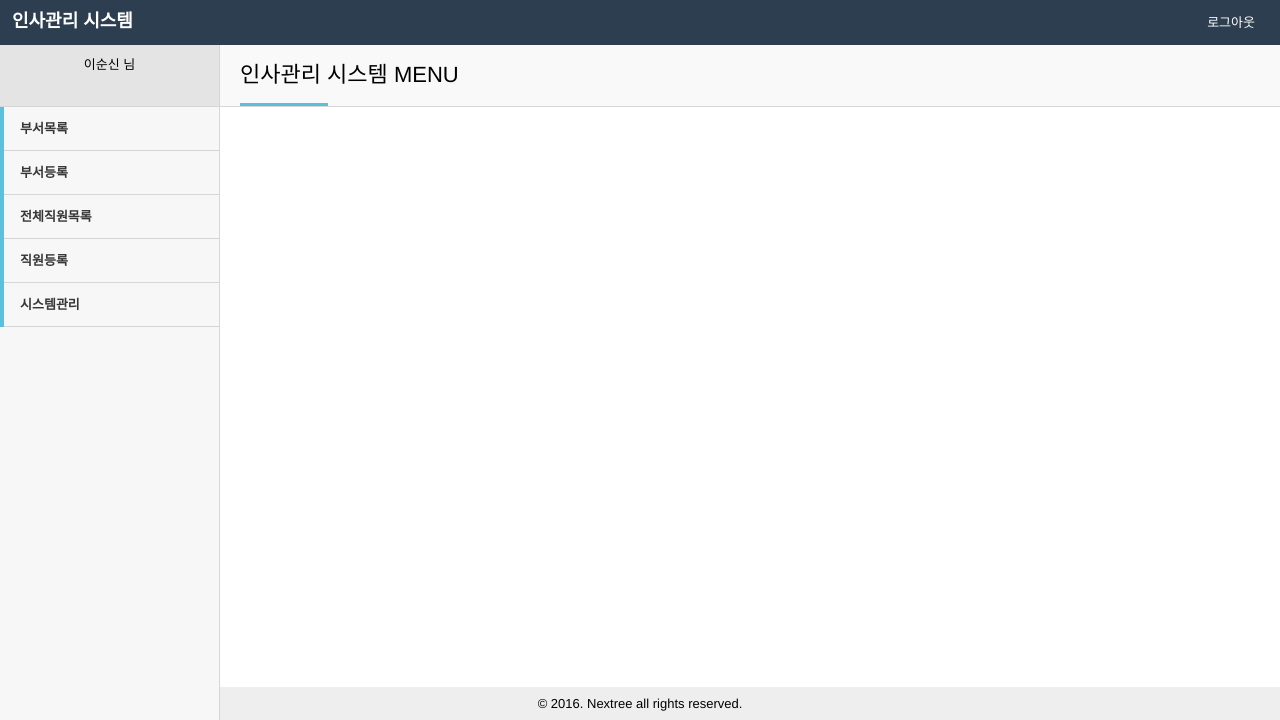
Repository: brotherdoor/shiba
Page: http://localhost/HumanResource_templete/views/menu.jsp
An editor plug-in stored every save of this project. The page is shown before and after the next save, followed by the edit.
The browser window is 1280 px wide. The pictures show the whole page.
The page is served by Tomcat 9. Other server files are loaded and not shown.

Above is the page before, as saved 2017-02-27 01:18:06.

### jsp/HumanResource_templete/WebContent/views/menu.jsp
<%@ page language="java" contentType="text/html; charset=UTF-8"
    pageEncoding="UTF-8"%>
<%@ taglib prefix="c" uri="http://java.sun.com/jsp/jstl/core" %>
<!DOCTYPE html>
<c:set var="ctx">${pageContext.request.contextPath }</c:set>
<html>
<head>
    <meta charset="UTF-8">
    <title>인사관리 시스템</title>
    <link rel="stylesheet" href="style/css/reset.css">
    <link rel="stylesheet" href="style/css/style.css">
</head>
<body>
<header>
    <h1>
        <a href="deptList.html">인사관리 시스템</a>
    </h1>
    <ul class="login-info">
        <li class="logout-btn"><a href="#">로그아웃</a></li>
    </ul>
</header>
<nav>
    <ul>
        <li class="user-info">
            이순신 님
        </li>
        <li>
            <a href="deptList.html">부서목록</a>
        </li>
        <li>
            <a href="deptCreate.html">부서등록</a>
        </li>
        <li>
            <a href="employeeList.html">전체직원목록</a>
        </li>
        <li>
            <a href="employeeCreate.html">직원등록</a>
        </li>
        <li>
            <a href="#">시스템관리</a>
        </li>
    </ul>
</nav>
<div class="contents-wrap">
    <h2 class="page-title"> 인사관리 시스템 MENU </h2>

</div>
<footer>
    <p>    &#169; 2016. Nextree all rights reserved.</p>
</footer>
</body>
</html>

### jsp/HumanResource_templete/WebContent/style/css/reset.css
/* public reset */

html,
body,
div,
span,
applet,
object,
iframe,
h1,
h2,
h3,
h4,
h5,
h6,
p,
blockquote,
pre,
a,
abbr,
acronym,
address,
big,
cite,
code,
del,
dfn,
em,
img,
ins,
kbd,
q,
s,
samp,
small,
strike,
strong,
sub,
sup,
tt,
var,
b,
u,
i,
center,
dl,
dt,
dd,
ol,
ul,
li,
fieldset,
form,
label,
legend,
table,
caption,
tbody,
tfoot,
thead,
tr,
th,
td,
article,
aside,
canvas,
details,
embed,
figure,
figcaption,
footer,
header,
menu,
nav,
output,
ruby,
section,
summary,
time,
mark,
audio,
video {
    margin: 0;
    padding: 0;
    border: 0;
    font-size: 100%;
    font: inherit;
    vertical-align: baseline;
}

/* HTML5 display-role reset for older browsers */
article,
aside,
details,
figcaption,
figure,
footer,
header,
menu,
nav,
section {
    display: block;
}

body {
    font-family: "Malgun gothic",dotum,"Helvetica Neue",Helvetica,sans-serif,arial;
    line-height: 1;
    font-size:13px;
}

ol,
ul {
    list-style: none;
}

blockquote,
q {
    quotes: none;
}

blockquote:before,
blockquote:after,
q:before,
q:after {
    content: '';
    content: none;
}

table {
    border-collapse: collapse;
    border-spacing: 0;
}

.clearFix:after {
    content: "";
    display: block;
    width: 0;
    height: 0;
    clear: both;
}

.hidden {
    width: 0;
    height: 0;
    overflow: hidden;
    font-size: 0;
}

.blind {
    display: none !important;
}

.inline {
    display: inline !important;
}

.block {
    display: block !important;
}

.left {
    text-align: left;
}

.right {
    text-align: right;
}

.center {
    text-align: center;
}


ins {
    text-decoration: none;
}

del {
    text-decoration: line-through;
}

.blind,
table caption,
legend {
    width: 1px;
    height: 1px;
    overflow: hidden;
    position: absolute;
    top: 0;
    font-size: 0;
    line-height: 0;
}

.left,
.l {
    text-align: left !important;;
}

.right,
.r {
    text-align: right !important;;
}

.center,
.c {
    text-align: center !important;
}

*,
*:after,
*:before {
    -webkit-box-sizing: border-box;
    -moz-box-sizing: border-box;
    box-sizing: border-box;
}
a {
    color: #249dd5;
    text-decoration: none;
}

a:hover {
    color: #000;
}

### jsp/HumanResource_templete/WebContent/style/css/style.css
body {
    font-family: "Malgun gothic", dotum, "Helvetica Neue", Helvetica, sans-serif, arial;
}

header {
    width: 100%;
    height: 45px;
    background: #2c3e50;
    position: fixed;
    top: 0;
    left: 0;
    z-index: 999;
    /*overflow: hidden;*/
}

header h1 a {
    font-size: 18px;
    font-weight: bold;
    color: #fff;
    padding: 12px;
    float: left;
}

header h1 a:hover {
    color: #fff;
}

.login-info {
    float: right;
    line-height: 45px;
    padding: 0 10px;
}

.logout-btn {
    font-size: 13px;
}

.logout-btn:hover {
    color: #fff;
    font-weight: bold;
    background: #232c37;
}

.logout-btn a:hover {
    color: #fff;
    text-decoration: underline;
}

.logout-btn a {
    color: #fff;
    display: block;
    padding: 0 15px;
}

nav {
    width: 220px;
    height: 100%;
    position: fixed;
    background: #f7f7f7;
    border-right: 1px solid #d6d6d6;
    padding: 0;
    z-index: 99;
}

nav li {
    position: relative;
    border-bottom: 1px solid #d6d6d6;
}

nav li a {
    display: block;
    padding: 15px 20px;
    font-size: 13px;
    font-weight: bold;
    color: #363636;
}

nav li a:hover {
    background: #f0f0f0;
}

nav li a:before {
    content: '';
    display: block;
    width: 4px;
    height: 44px;
    position: absolute;
    left: 0;
    top: 0;
    background: #5bc0de;
}

.on {
    background: #e4e4e4;
}

.user-info {
    padding: 14px;
    text-align: center;
    vertical-align: middle;
    display: block;
    background: #e4e4e4;
    height: 63px;
    overflow: hidden;
}

.user-info:before {
    display: inline-block;
    vertical-align: middle;
    text-align: center;
    width: 38px;
    height: 38px;
    padding: 11px 10px 10px 10px;
    color: #fff;
    border-radius: 20px;
    border: 1px solid #ddd;
    background: #2c244f; /* Old browsers */
    background: -moz-linear-gradient(top, #2c244f 0%, #77034f 100%); /* FF3.6-15 */
    background: -webkit-linear-gradient(top, #2c244f 0%, #77034f 100%); /* Chrome10-25,Safari5.1-6 */
    background: linear-gradient(to bottom, #2c244f 0%, #77034f 100%); /* W3C, IE10+, FF16+, Chrome26+, Opera12+, Safari7+ */
    filter: progid:DXImageTransform.Microsoft.gradient(startColorstr='#2c244f', endColorstr='#77034f', GradientType=0); /* IE6-9 */

}

.contents-wrap {
    position: relative;
    margin: 44px 0 0 220px;
    min-width: 1040px;
}

h2.page-title {
    font-size: 22px;
    padding: 20px;
    position: relative;
    background: #f9f9f9;
    border-bottom: 1px solid #d6d6d6;
}

h2.page-title:after {
    content: "";
    width: 88px;
    height: 3px;
    background: #5bc0de;
    display: block;
    position: absolute;
    bottom: 0;
}

.contents {
    padding: 30px 40px;
}

table {
    width: 100%;
    border: 1px solid #dddddd;
    margin-bottom: 15px;
}

table tr th {
    background: #f5f5f6;
    padding: 10px 20px;
    text-align: center;
    border-right: 1px solid #ddd;
    border-bottom: 1px solid #ddd;
}

table tr td {
    padding: 10px;
    border-right: 1px solid #ddd;
    border-bottom: 1px solid #ddd;
    text-align: center;
}

table tr:nth-child(odd) {
    background: #fff;
}

table tr:nth-child(even) {
    background: #f9f9f9;
}

.delete a {
    padding: 5px 10px;
    border-radius: 5px;
    background: #fa8678;
    color: #fff;
    font-size: 11px;
}

.delete a:hover {
    background: #d9534f;
}

select {
    height: 25px;
}

form {
    width: 100%;
    border: 1px solid #dddddd;
    padding: 20px 25px;
}

.contents-wrap form {
    border-radius: 5px;
    background: #f8f8f8;
}

.alignRight {
    text-align: right;
}

input:focus {
    background: #FFDFB0;
}

input[type="text"], input[type="password"] {
    width: 400px;
    border: 1px solid #d1d1d1;
    border-radius: 3px;
    padding: 5px;
}

form div {
    margin-bottom: 10px;
    text-align: center;
}

input[type="reset"] {
    border-radius: 5px;
    background: #fff;
    border: 1px solid #cbcdcf;
    padding: 4px 15px 6px 15px;
    color: #333;
    cursor: pointer;
}

input[type="reset"]:hover {
    background: #f8f8f8;
}

input[type="submit"] {
    border-radius: 5px;
    background: #a6b4bb;
    border: none;
    padding: 4px 15px 6px 15px;
    color: #fff;
    cursor: pointer;
}

input[type="submit"]:hover {
    background: #99a6ad;
}

button {
    border-radius: 5px;
    background: #3498db;
    border: none;
    padding: 4px 15px 6px 15px;
    color: #fff;
    cursor: pointer;
}

button:hover {
    background: #0f72b4;
}

.info-box {
    border: 1px solid #ddd;
    background: #ececec;
    padding: 15px 20px;
    text-align: center;
    margin-bottom: 20px;
    border-radius: 5px;
    font-size: 16px;
    line-height: 1.3em;
}

footer {
    width: 100%;
    position: absolute;
    bottom: 0;
    left: 0;
    background: #eeeeee;
    text-align: center;
    padding: 10px 0;
}

/*  login*/

.login-wrap {
    width: 400px;
    background: #f5f5f5;
    margin: 280px auto;
    border: 1px solid #ddd;
    border-radius: 5px;
    box-shadow: 0 0 5px #e8e8e8;

}

.login-wrap h3 {
    font-weight: bold;
    font-size: 18px;
    text-align: center;
    padding: 15px 0;
    background: #2c3e50;
    color: #fff;
    border-bottom: 2px solid #3498db;
    border-radius: 5px 5px 0 0;
}

.login-title {
    font-weight: bold;
    font-size: 18px;
    padding: 20px 0;
    background: #2b3643;
    color: #fff;
}

.login-wrap form {
    border: none;
}

.login-wrap label {
    width: 100%;
    display: inline-block;
    padding: 10px 0;
    font-weight: bold;

}

.login-wrap input[type="text"], .login-wrap input[type="password"] {
    display: block;
    width: 100%;
}

.login-wrap input[type="password"] {
    margin-bottom: 20px;
}

.login-btn {
    margin: 0 auto;
}

.login-wrap input[type="submit"] {
    padding: 8px 15px;
    background: #3498db;
    color: #fff;
}

.login-wrap input[type="reset"] {
    padding: 8px 15px;
}

.login-wrap input[type="submit"]:hover {
    background: #0f72b4;
    font-weight: bold;
}

/* error */

.error-wrap {
    width: 550px;
    margin: 120px auto;
    background: #fbfbfb;
    position: relative;
    box-shadow: 0px 0px 5px #e8e8e8;
    border: 1px solid #ddd;
    border-radius: 5px;
    overflow: hidden;
}

.error-wrap h2 {
    display: block;
    background: #fff;
}

.error-wrap h2:after {
    content: "";
    display: inline-block;
    width: 100%;
    height: 2px;
    background: #3498db;
}

.error-wrap h2 img {
    padding: 10px 0 0 10px;
}

.img_notice {
    display: block;
    overflow: hidden;
    background: url(http://icon.daumcdn.net/error/img_error.gif) no-repeat 0 -50px;
    font-size: 0;
    line-height: 0;
    vertical-align: top;
    width: 88px;
    height: 88px;
    margin: 30px auto;
}

.desc_error {
    text-align: left;
    width: 300px;
    margin: 15px auto;
    font-size: 13px;
    line-height: 1.3em;
    font-weight: normal;
}

.contents {
    padding-top: 50px;
    display: block;
}

.error-title {
    font-weight: normal;
    font-size: 18px;
    text-align: center;
    position: relative;
}

.notice_error {
    text-align: center;
    padding: 15px 0;
    font-size: 15px;
    font-weight: bold;
}

.screen_out {
    display: inline-block;
    padding: 8px 15px;
    background: #337ab7;
    border-radius: 5px;
    margin: 70px 0;
    font-weight: bold;
    cursor: pointer;
}

.screen_out:hover {
    background: #22537b;
}

.screen_out a {
    color: #fff;
}

After the next save:
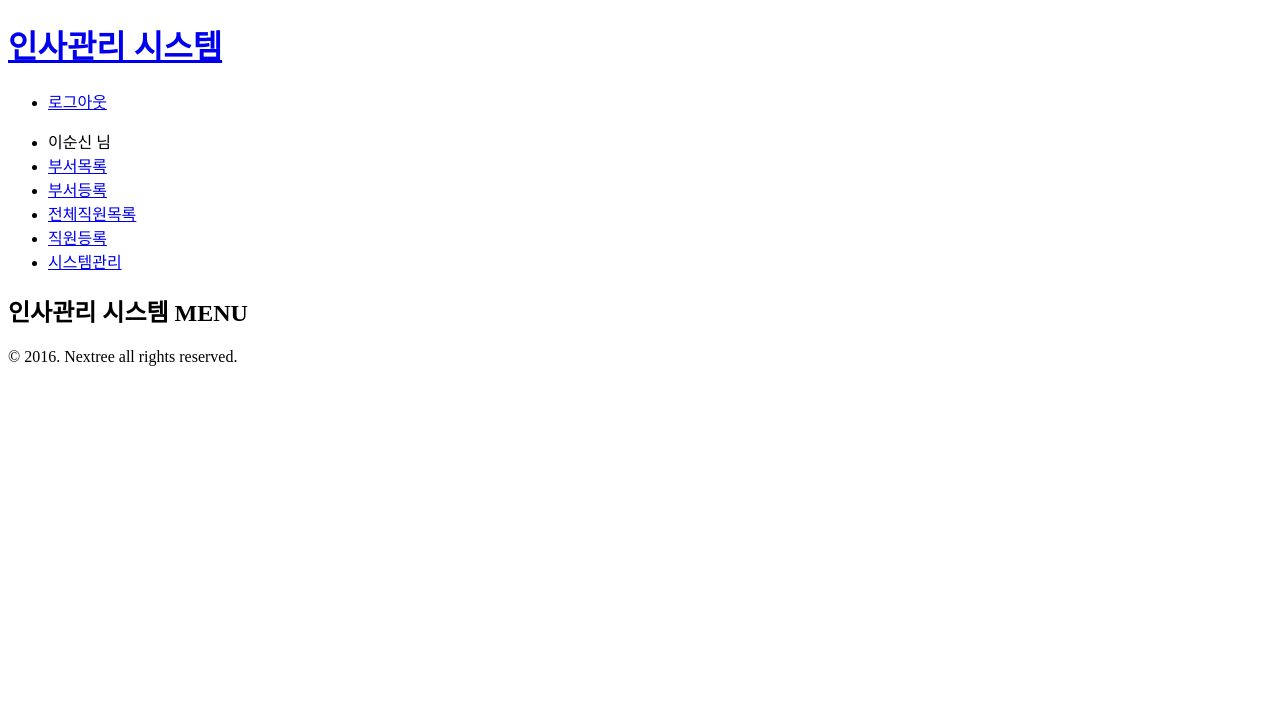
Saved 24 s later.
--- a/jsp/HumanResource_templete/WebContent/views/menu.jsp
+++ b/jsp/HumanResource_templete/WebContent/views/menu.jsp
@@ -7,8 +7,8 @@
 <head>
     <meta charset="UTF-8">
     <title>인사관리 시스템</title>
-    <link rel="stylesheet" href="style/css/reset.css">
-    <link rel="stylesheet" href="style/css/style.css">
+    <link rel="stylesheet" href="${ctx }/style/css/reset.css">
+    <link rel="stylesheet" href="${ctx }/style/css/style.css">
 </head>
 <body>
 <header>
